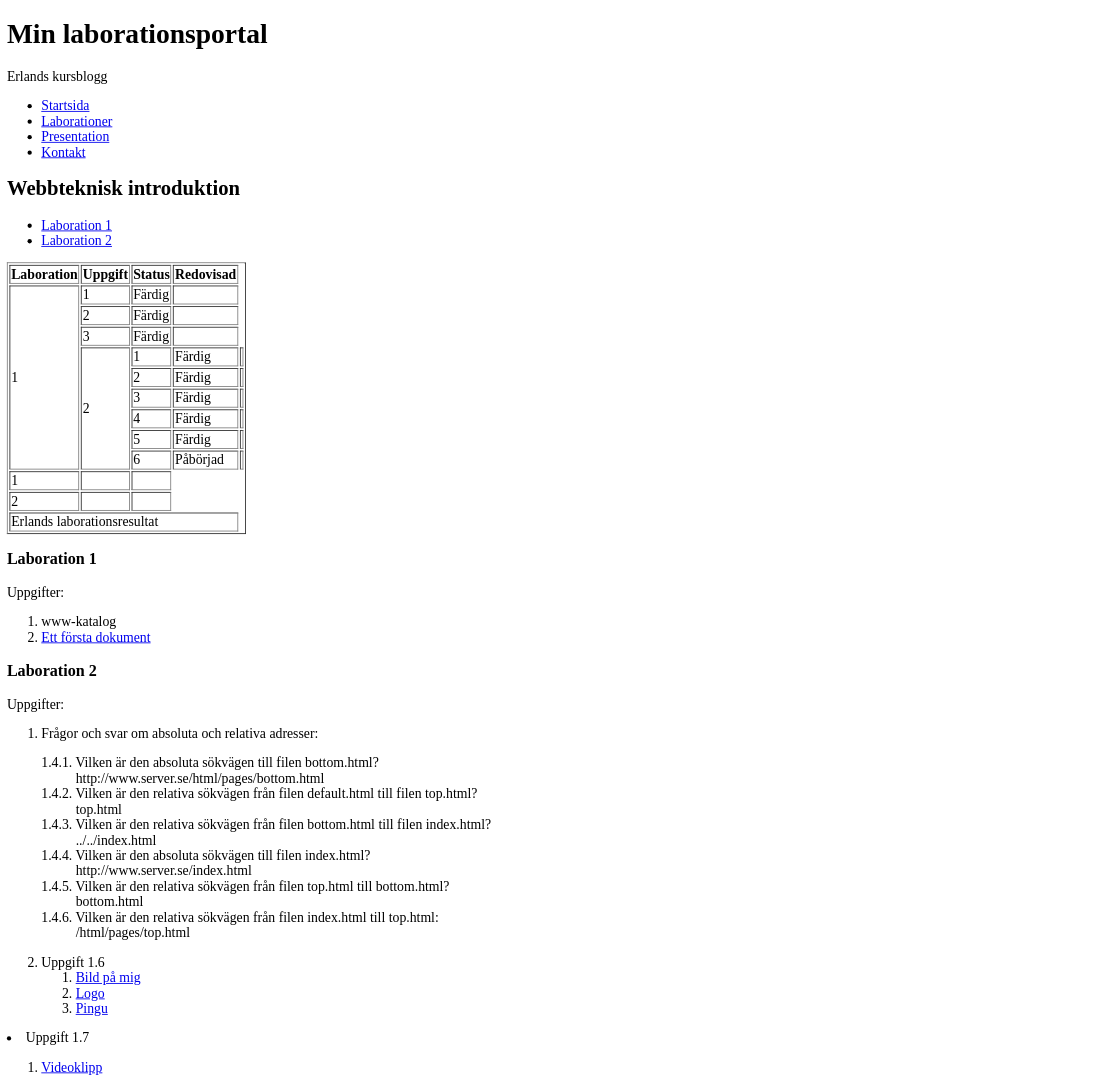
Repository: ej222ru/1IK415-laborationer
Page: pages/laborationer.html
The author's editor kept a record of every edit. The page is drawn from the files as they stood at one moment, then again after the next edit.
The browser window is 1280 px wide. The pictures show the whole page, at 86% of full size.

Above is the page before.

After the next edit:
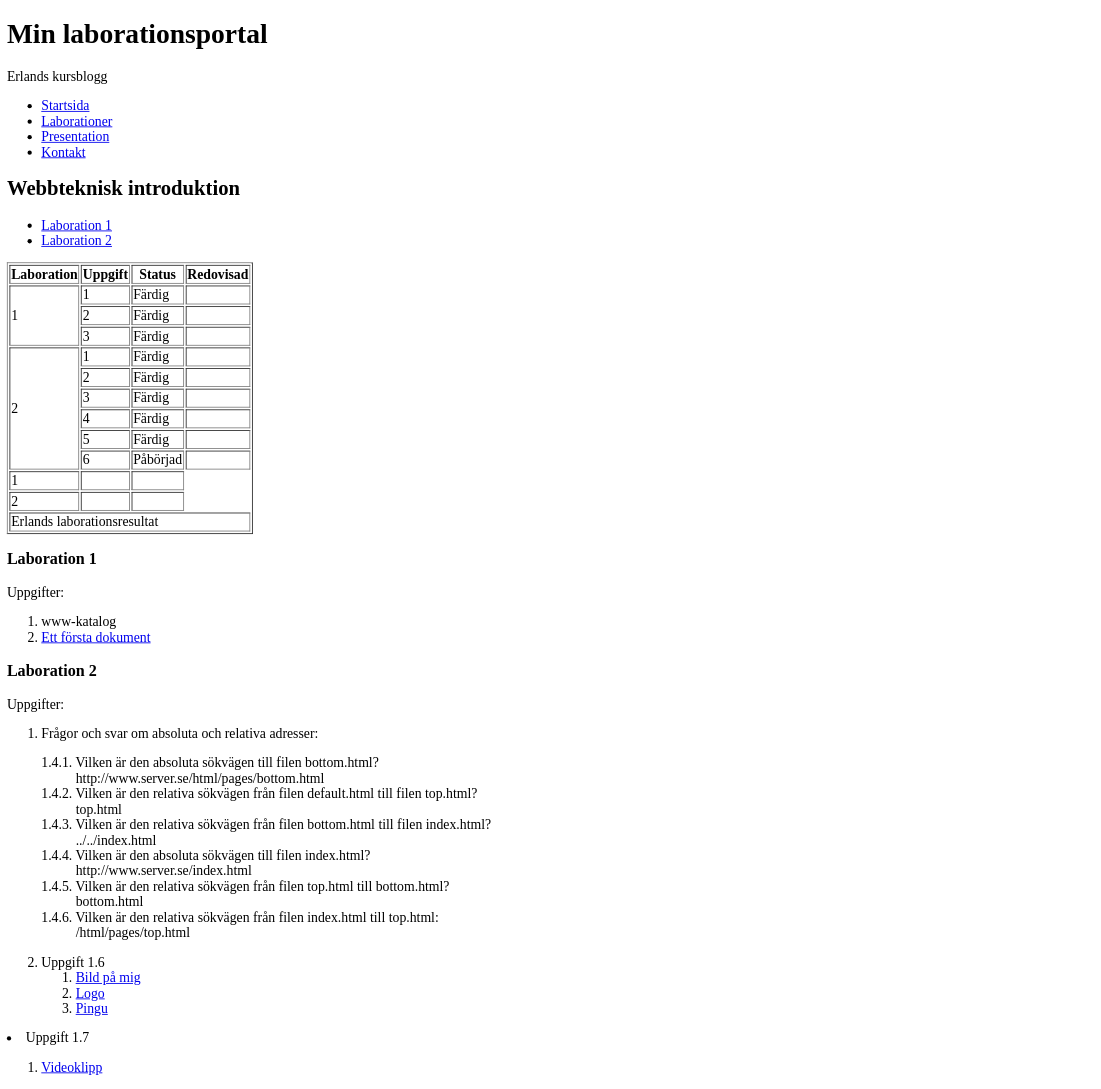
The edit:
--- a/pages/laborationer.html
+++ b/pages/laborationer.html
@@ -35,7 +35,7 @@
             </tfoot>
             <tbody>
                 <tr>
-                    <td rowspan=9>1</td>
+                    <td rowspan=3>1</td>
                     <td>1</td>
                     <td>Färdig</td>
                     <td></td>
